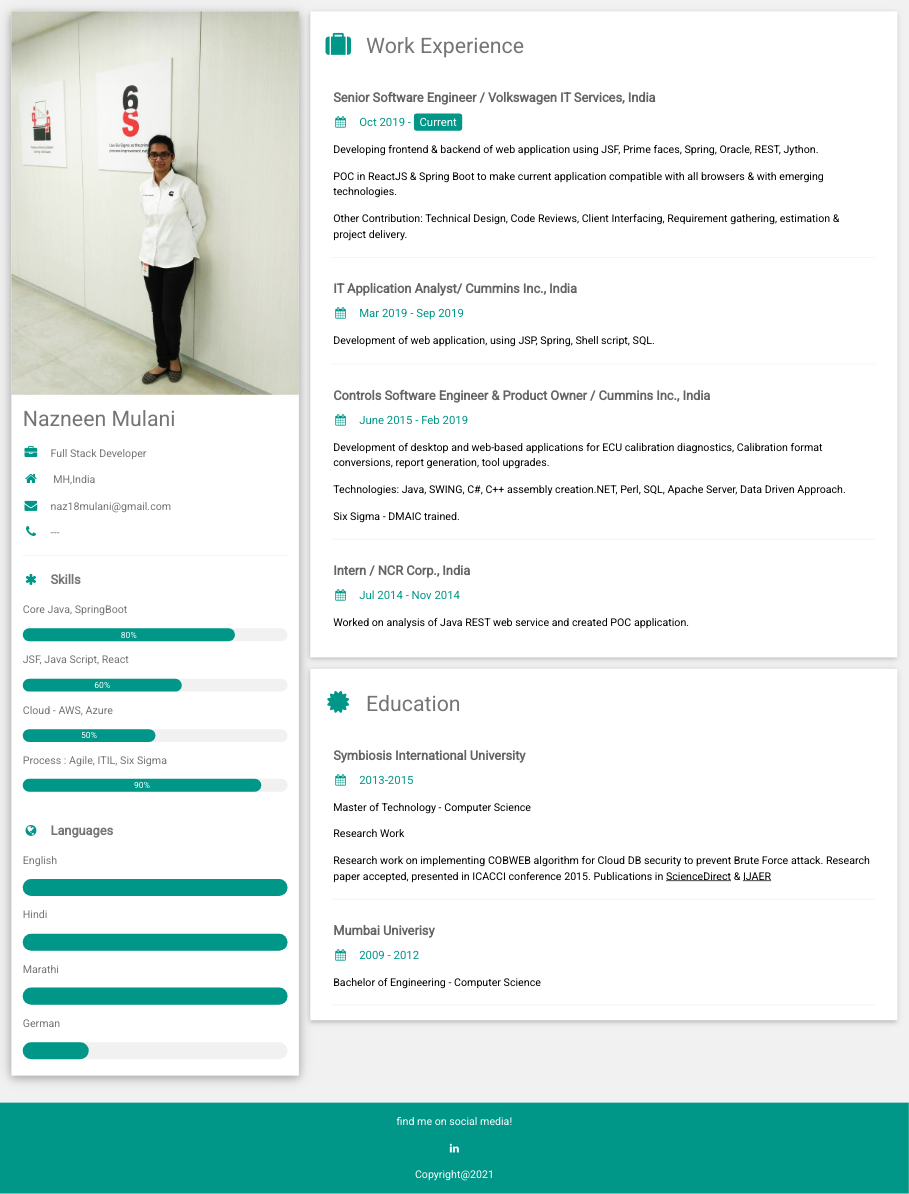
Repository: nazneenprojects/nazneen.github.io
Page: index.html
These files come from the project's save history. The page is drawn as it stood at one moment and after the next save; the edit follows.
The browser window is 1280 px wide. The pictures show the whole page, at 71% of full size.

Above is the page before, as saved 2023-07-08 15:40:41.

### index.html
<!DOCTYPE html>
<html>
<title>Nazneen Portfolio</title>
<meta charset="UTF-8">
<meta name="viewport" content="width=device-width, initial-scale=1">
<link rel="stylesheet" href="https://www.w3schools.com/w3css/4/w3.css">
<link rel='stylesheet' href='https://fonts.googleapis.com/css?family=Roboto'>
<link rel="stylesheet" href="https://cdnjs.cloudflare.com/ajax/libs/font-awesome/4.7.0/css/font-awesome.min.css">
<style>
html,body,h1,h2,h3,h4,h5,h6 {font-family: "Roboto", sans-serif}
</style>
<body class="w3-light-grey">

<!-- Page Container -->
<div class="w3-content w3-margin-top" style="max-width:1400px;">

  <!-- The Grid -->
  <div class="w3-row-padding">

    <!-- Left Column -->
    <div class="w3-third">

      <div class="w3-white w3-text-grey w3-card-4">
        <div class="w3-display-container">
          <img src="naz.jpg" style="width:100%" alt="Avatar">
          <div class="w3-display-bottomleft w3-container w3-text-black">
          </div>
        </div>
        <div class="w3-container">
          <h2>Nazneen Mulani</h2>
          <p><i class="fa fa-briefcase fa-fw w3-margin-right w3-large w3-text-teal"></i>Full Stack Developer</p>
          <p><i class="fa fa-home fa-fw w3-margin-right w3-large w3-text-teal"></i> MH,India</p>
          <p><i class="fa fa-envelope fa-fw w3-margin-right w3-large w3-text-teal"></i>naz18mulani@gmail.com</p>
          <p><i class="fa fa-phone fa-fw w3-margin-right w3-large w3-text-teal"></i>---</p>
          <hr>

          <p class="w3-large"><b><i class="fa fa-asterisk fa-fw w3-margin-right w3-text-teal"></i>Skills</b></p>
          <p>Core Java, SpringBoot</p>
          <div class="w3-light-grey w3-round-xlarge w3-small">
            <div class="w3-container w3-center w3-round-xlarge w3-teal" style="width:80%">80%</div>
          </div>
          <p>JSF, Java Script, React</p>
          <div class="w3-light-grey w3-round-xlarge w3-small">
            <div class="w3-container w3-center w3-round-xlarge w3-teal" style="width:60%">
              <div class="w3-center w3-text-white">60%</div>
            </div>
          </div>
          <p>Cloud - AWS, Azure</p>
          <div class="w3-light-grey w3-round-xlarge w3-small">
            <div class="w3-container w3-center w3-round-xlarge w3-teal" style="width:50%">50%</div>
          </div>
          <p>Process : Agile, ITIL, Six Sigma</p>
          <div class="w3-light-grey w3-round-xlarge w3-small">
            <div class="w3-container w3-center w3-round-xlarge w3-teal" style="width:90%">90%</div>
          </div>
          <br>

          <p class="w3-large w3-text-theme"><b><i class="fa fa-globe fa-fw w3-margin-right w3-text-teal"></i>Languages</b></p>
          <p>English</p>
          <div class="w3-light-grey w3-round-xlarge">
            <div class="w3-round-xlarge w3-teal" style="height:24px;width:100%"></div>
          </div>
          <p>Hindi</p>
          <div class="w3-light-grey w3-round-xlarge">
            <div class="w3-round-xlarge w3-teal" style="height:24px;width:100%"></div>
          </div>
          <p>Marathi</p>
          <div class="w3-light-grey w3-round-xlarge">
            <div class="w3-round-xlarge w3-teal" style="height:24px;width:100%"></div>
          </div>
          <p>German</p>
          <div class="w3-light-grey w3-round-xlarge">
            <div class="w3-round-xlarge w3-teal" style="height:24px;width:25%"></div>
          </div>
          <br>
        </div>
      </div><br>

    <!-- End Left Column -->
    </div>

    <!-- Right Column -->
    <div class="w3-twothird">

      <div class="w3-container w3-card w3-white w3-margin-bottom">
        <h2 class="w3-text-grey w3-padding-16"><i class="fa fa-suitcase fa-fw w3-margin-right w3-xxlarge w3-text-teal"></i>Work Experience</h2>
        <div class="w3-container">
          <h5 class="w3-opacity"><b>Senior Software Engineer / Volkswagen IT Services, India</b></h5>
          <h6 class="w3-text-teal"><i class="fa fa-calendar fa-fw w3-margin-right"></i>Oct 2019 - <span class="w3-tag w3-teal w3-round">Current</span></h6>
          <p>Developing frontend & backend of web application using JSF, Prime faces, Spring, Oracle, REST, Jython.</p>
          <p>POC in ReactJS & Spring Boot to make current application compatible with all browsers & with emerging technologies.</p>
          <p>Other Contribution: Technical Design, Code Reviews, Client Interfacing, Requirement gathering, estimation & project delivery.</p>
          <hr>
        </div>
        <div class="w3-container">
          <h5 class="w3-opacity"><b>IT Application Analyst/ Cummins Inc., India</b></h5>
          <h6 class="w3-text-teal"><i class="fa fa-calendar fa-fw w3-margin-right"></i>Mar 2019 - Sep 2019</h6>
          <p>Development of web application, using JSP, Spring, Shell script, SQL.</p>
          <hr>
        </div>
        <div class="w3-container">
          <h5 class="w3-opacity"><b>Controls Software Engineer & Product Owner / Cummins Inc., India</b></h5>
          <h6 class="w3-text-teal"><i class="fa fa-calendar fa-fw w3-margin-right"></i>June 2015 - Feb 2019</h6>
          <p>Development of desktop and web-based applications for ECU calibration diagnostics, Calibration format conversions, report generation, tool upgrades.</p>
          <p>Technologies: Java, SWING, C#, C++ assembly creation.NET, Perl, SQL, Apache Server, Data Driven Approach.</p>
          <p>Six Sigma - DMAIC trained.</p>
          <hr>
        </div>
        <div class="w3-container">
          <h5 class="w3-opacity"><b>Intern / NCR Corp., India</b></h5>
          <h6 class="w3-text-teal"><i class="fa fa-calendar fa-fw w3-margin-right"></i>Jul 2014 - Nov 2014</h6>
          <p>Worked on analysis of Java REST web service and created POC application. </p><br>
        </div>
      </div>

      <div class="w3-container w3-card w3-white">
        <h2 class="w3-text-grey w3-padding-16"><i class="fa fa-certificate fa-fw w3-margin-right w3-xxlarge w3-text-teal"></i>Education</h2>
        <div class="w3-container">
          <h5 class="w3-opacity"><b> Symbiosis International University</b></h5>
          <h6 class="w3-text-teal"><i class="fa fa-calendar fa-fw w3-margin-right"></i>2013-2015</h6>
          <p>Master of Technology - Computer Science</p>
          <p>Research Work</p>
          <p>
            Research work on implementing COBWEB algorithm for Cloud DB security to prevent Brute Force attack. Research paper accepted, presented in ICACCI conference 2015. Publications in

            <a href="https://www.sciencedirect.com/science/article/pii/S1877050915005359">ScienceDirect</a> &
            <a href="https://www.ripublication.com/Volume/ijaerv10n12.htm">IJAER</a>
          </p>
          <hr>
        </div>
        <div class="w3-container">
          <h5 class="w3-opacity"><b>Mumbai Univerisy</b></h5>
          <h6 class="w3-text-teal"><i class="fa fa-calendar fa-fw w3-margin-right"></i>2009 - 2012</h6>
          <p>Bachelor of Engineering - Computer Science</p>
          <hr>
        </div>
      </div>

    <!-- End Right Column -->
    </div>

  <!-- End Grid -->
  </div>

  <!-- End Page Container -->
</div>

<footer class="w3-container w3-teal w3-center w3-margin-top">

  <p>find me on social media!</p>
  <a href="https://www.linkedin.com/in/nazneen-mulani-05004012a/"> <i class="fa fa-linkedin w3-hover-opacity"></i></a>
  <p>Copyright@2021</p>
 <!--
  <i class="fa fa-facebook-official w3-hover-opacity"></i>
  <i class="fa fa-instagram w3-hover-opacity"></i>
  <i class="fa fa-snapchat w3-hover-opacity"></i>
  <i class="fa fa-pinterest-p w3-hover-opacity"></i>
  <i class="fa fa-twitter w3-hover-opacity"></i>
  <p>Powered by <a href="https://www.w3schools.com/w3css/default.asp" target="_blank">w3.css</a></p>
 -->
</footer>

</body>
</html>

After the next save:
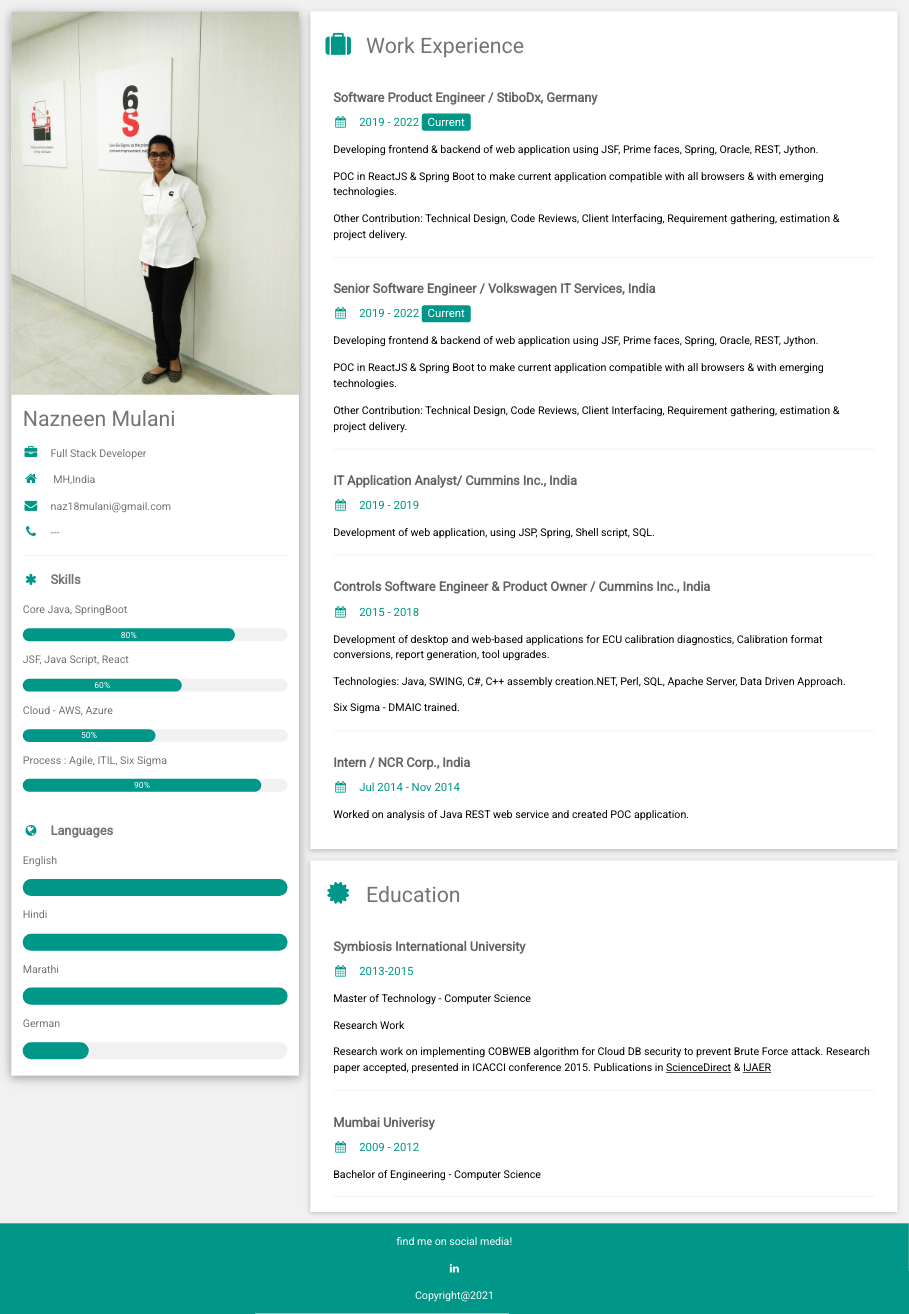
Saved 2 min 2 s later.
--- a/index.html
+++ b/index.html
@@ -85,8 +85,16 @@
       <div class="w3-container w3-card w3-white w3-margin-bottom">
         <h2 class="w3-text-grey w3-padding-16"><i class="fa fa-suitcase fa-fw w3-margin-right w3-xxlarge w3-text-teal"></i>Work Experience</h2>
         <div class="w3-container">
+          <h5 class="w3-opacity"><b>Software Product Engineer / StiboDx, Germany</b></h5>
+          <h6 class="w3-text-teal"><i class="fa fa-calendar fa-fw w3-margin-right"></i>2019 - 2022 <span class="w3-tag w3-teal w3-round">Current</span></h6>
+          <p>Developing frontend & backend of web application using JSF, Prime faces, Spring, Oracle, REST, Jython.</p>
+          <p>POC in ReactJS & Spring Boot to make current application compatible with all browsers & with emerging technologies.</p>
+          <p>Other Contribution: Technical Design, Code Reviews, Client Interfacing, Requirement gathering, estimation & project delivery.</p>
+          <hr>
+        </div>
+        <div class="w3-container">
           <h5 class="w3-opacity"><b>Senior Software Engineer / Volkswagen IT Services, India</b></h5>
-          <h6 class="w3-text-teal"><i class="fa fa-calendar fa-fw w3-margin-right"></i>Oct 2019 - <span class="w3-tag w3-teal w3-round">Current</span></h6>
+          <h6 class="w3-text-teal"><i class="fa fa-calendar fa-fw w3-margin-right"></i>2019 - 2022 <span class="w3-tag w3-teal w3-round">Current</span></h6>
           <p>Developing frontend & backend of web application using JSF, Prime faces, Spring, Oracle, REST, Jython.</p>
           <p>POC in ReactJS & Spring Boot to make current application compatible with all browsers & with emerging technologies.</p>
           <p>Other Contribution: Technical Design, Code Reviews, Client Interfacing, Requirement gathering, estimation & project delivery.</p>
@@ -94,13 +102,13 @@
         </div>
         <div class="w3-container">
           <h5 class="w3-opacity"><b>IT Application Analyst/ Cummins Inc., India</b></h5>
-          <h6 class="w3-text-teal"><i class="fa fa-calendar fa-fw w3-margin-right"></i>Mar 2019 - Sep 2019</h6>
+          <h6 class="w3-text-teal"><i class="fa fa-calendar fa-fw w3-margin-right"></i>2019 - 2019</h6>
           <p>Development of web application, using JSP, Spring, Shell script, SQL.</p>
           <hr>
         </div>
         <div class="w3-container">
           <h5 class="w3-opacity"><b>Controls Software Engineer & Product Owner / Cummins Inc., India</b></h5>
-          <h6 class="w3-text-teal"><i class="fa fa-calendar fa-fw w3-margin-right"></i>June 2015 - Feb 2019</h6>
+          <h6 class="w3-text-teal"><i class="fa fa-calendar fa-fw w3-margin-right"></i>2015 - 2018</h6>
           <p>Development of desktop and web-based applications for ECU calibration diagnostics, Calibration format conversions, report generation, tool upgrades.</p>
           <p>Technologies: Java, SWING, C#, C++ assembly creation.NET, Perl, SQL, Apache Server, Data Driven Approach.</p>
           <p>Six Sigma - DMAIC trained.</p>
